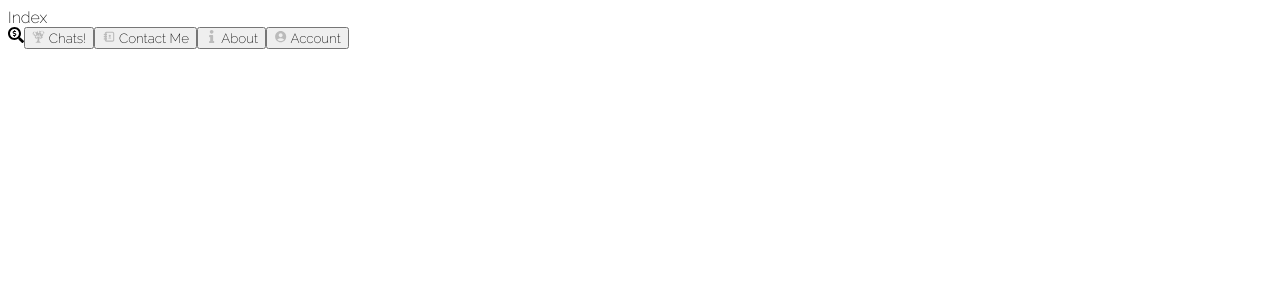
Repository: semileeBCIT/MDIA2109Tut4
Page: /
The author's editor kept a copy of each file at every save. The page is drawn from the files as they stood at one save, then again after the next save.
The browser window is 1280 px wide. The pictures show the whole page.
The project was rebuilt for these pictures with package versions that can differ from the ones it lists, and the page was loaded fresh each time. The framework's server and built-in components were replaced by stand-ins that run in the browser. Also part of the build but not shown: next.config.js.

Above is the page before, as saved 2020-04-15 22:43:43.

### pages/_app.js
// import App from 'next/app'
import './app.css';

function MyApp({ Component, pageProps }) {
    return <Component {...pageProps} />
  }

  // Only uncomment this method if you have blocking data requirements for
  // every single page in your application. This disables the ability to
  // perform automatic static optimization, causing every page in your app to
  // be server-side rendered.
  //
  // MyApp.getInitialProps = async (appContext) => {
  //   // calls page's `getInitialProps` and fills `appProps.pageProps`
  //   const appProps = await App.getInitialProps(appContext);
  //
  //   return { ...appProps }
  // }

  export default MyApp

### pages/_document.js
import Document, { Html, Head, Main, NextScript } from 'next/document';

class MyDocument extends Document {
  static async getInitialProps(ctx) {
    const initialProps = await Document.getInitialProps(ctx)
    return { ...initialProps }
  }

  render() {
    return (
      <Html>
        <Head />
        <body>
          <link href="https://fonts.googleapis.com/css2?family=Raleway:wght@200&display=swap" rel="stylesheet"></link>
          <Main />
          <NextScript />
        </body>
      </Html>
    )
  }
}

export default MyDocument

### pages/index.js
import Link from 'next/link';
import Router from 'next/router';
import {FaSearchDollar} from 'react-icons/fa';
import {GiBurningTree} from 'react-icons/gi';
import {TiContacts} from 'react-icons/ti';
import {FaInfo} from 'react-icons/fa';
import {MdAccountCircle} from 'react-icons/md';
import './index.css';

function ClickIndex(){

    document.querySelector("#mainapp").style.right = "-100%";
    setTimeout(function(){
      Router.push("/ChatPage");
  }, 1000)
}

const Index = () => <div id="mainapp">
    <div onClick={ClickIndex}>Index</div>
    <FaSearchDollar />
    <Link href="/ChatPage"><button><GiBurningTree color="#BBB"/> Chats!</button></Link>
    <Link href="/Contact"><button><TiContacts color="#BBB"/> Contact Me</button></Link>
    <Link href="/About"><button><FaInfo color="#BBB"/> About</button></Link>
    <Link href="/Account"><button><MdAccountCircle color="#BBB"/> Account</button></Link>
</div>

export default Index;

### pages/app.css
*{
    font-family: 'Raleway', sans-serif;
}

### pages/index.css
#mainapp{
    position:relative;
    right:0;
    opacity: 1;
    transition: opacity 1s, right 1s;

}

#maintext{
    padding: 10px;
}

body, html {
    overflow-x: hidden;
}

After the next save:
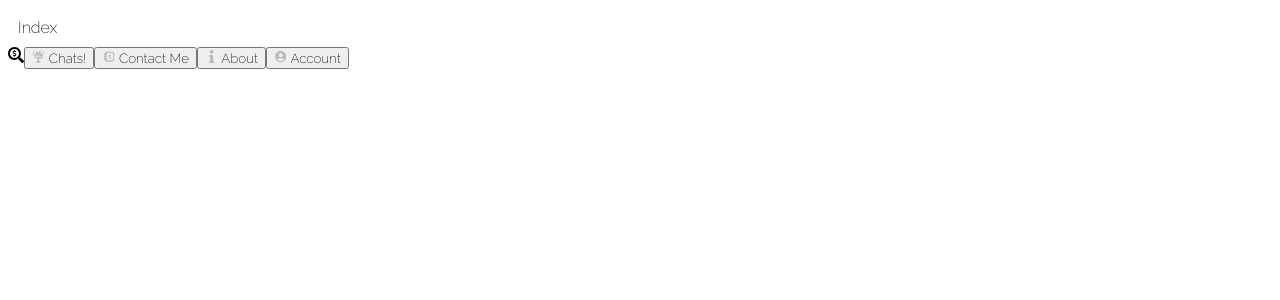
Saved 6 s later.
--- a/pages/index.js
+++ b/pages/index.js
@@ -16,7 +16,7 @@ function ClickIndex(){
 }
 
 const Index = () => <div id="mainapp">
-    <div onClick={ClickIndex}>Index</div>
+    <div onClick={ClickIndex} id="maintext">Index</div>
     <FaSearchDollar />
     <Link href="/ChatPage"><button><GiBurningTree color="#BBB"/> Chats!</button></Link>
     <Link href="/Contact"><button><TiContacts color="#BBB"/> Contact Me</button></Link>
